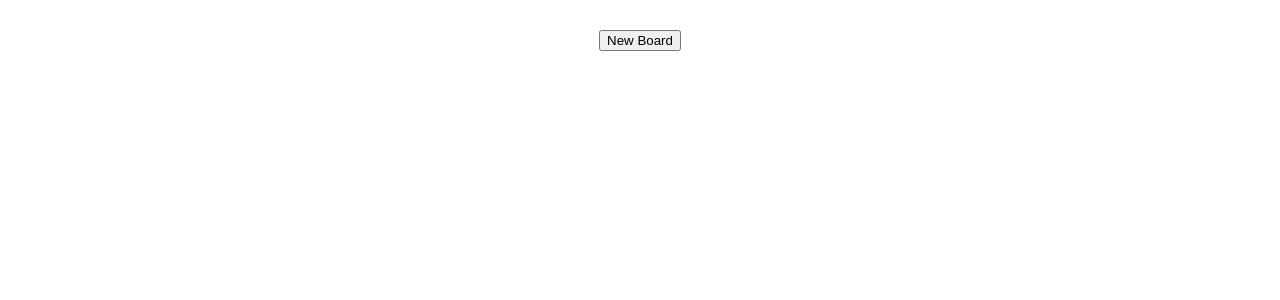
Repository: sokafootball/etch-a-sketc
Page: index.html
These files come from the project's save history. The page is drawn as it stood at one moment and after the next save; the edit follows.
The browser window is 1280 px wide. The pictures show the whole page.

Above is the page before, as saved 2020-04-18 09:28:45.

### index.html
<html>
<head>
  <link rel="stylesheet" type="text/css" href="reset.css">
  <link rel="stylesheet" type="text/css" href="style.css">
</head>
<body>
<main id="main">
  <button id="reset-btn">New Board</button>
  <div id="grid-div"></div>
</main>
<script type="text/javascript" src="script.js"></script>
</body>
</html>

### style.css
.cell {
  background-color: black;
  display: inline-block;
}

#main{
  align-items: center;
  display:flex;
  flex-direction: column;
  margin-top: 30px;
}

#reset-btn{
  margin-bottom: 30px;
}

### script.js
const grid = document.querySelector(`#grid-div`)
const resetButton = document.querySelector(`#reset-btn`)
const GRID_PX_SIZE = 840
resetButton.addEventListener(`click`, resetBoard)


function createBoard(){
  let size = getSizeFromUser()
  for (let i = 1; i <= size; i++) {
    for (let j = 1; j <= size; j++) {
      createCell(size)
    }
    goToNewLine()
  }
}

function resetBoard(){
  deleteBoard()
  createBoard()
}

function deleteBoard(){
  let cells = document.querySelectorAll(`.cell`)
  cells.forEach(cell => grid.removeChild(cell))
  let breaks = document.querySelectorAll(`br`)
  breaks.forEach(br => grid.removeChild(br))
}

function getSizeFromUser() {
  let size
  do { size = prompt(`How many squares per side?`) } while (isNaN(Number(size)) || size == ``)
  return Number(size)
}

function createCell(size){
  const cell = document.createElement(`div`)
  const pixelsPerSide = GRID_PX_SIZE / size
  cell.addEventListener("mouseenter", () => cell.style.backgroundColor = `red`);
  cell.classList.add(`cell`)
  cell.style.width = pixelsPerSide
  cell.style.height = pixelsPerSide
  grid.appendChild(cell)
}

function goToNewLine(){
  const br = document.createElement(`br`)
  grid.appendChild(br)
}

Loaded but not shown: reset.css (common file)

After the next save:
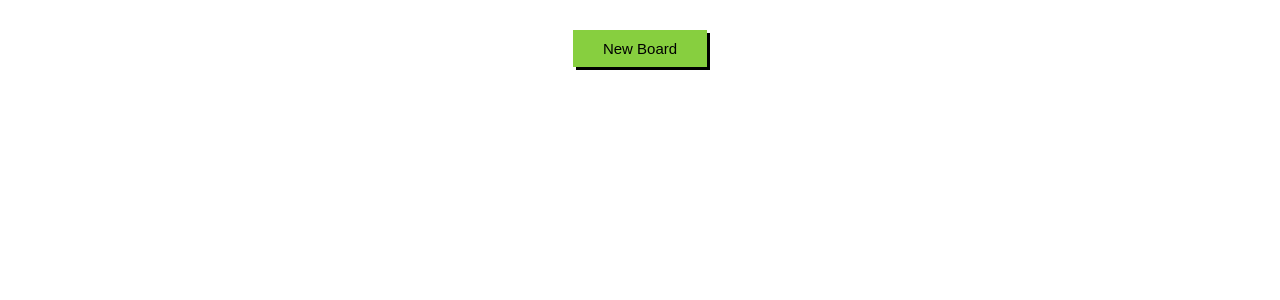
Saved 7 min 46 s later.
--- a/style.css
+++ b/style.css
@@ -12,4 +12,9 @@
 
 #reset-btn{
   margin-bottom: 30px;
+  padding: 10px 30px;
+  font-size: 15px;
+  background-color: hsla(90, 60%, 53%, 1);
+  border: 0;
+  box-shadow: 3px 3px;
 }
